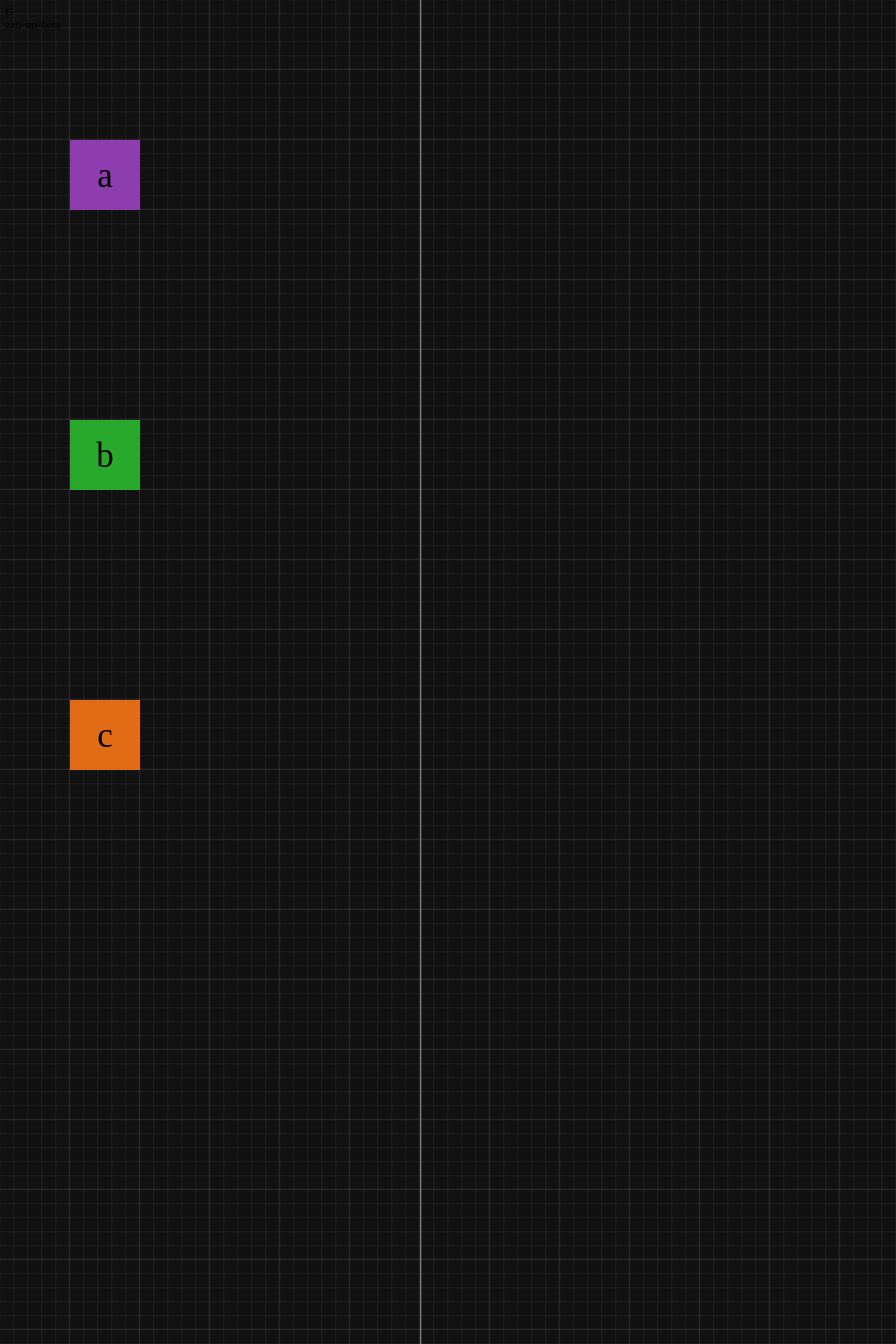
Repository: zzigo/internetmusic
Page: metaverses/tjs-scroll/scroll1.html
The author's editor kept a copy of each file at every save. The page is drawn from the files as they stood at one save, then again after a run of saves.
The browser window is 1280 px wide. The pictures show the part of the page from y = 0 to 1920 px (the page is 3000 px tall), at 70% of full size.
Some web libraries are served in a nearby version.

Above is the page before, as saved 2022-09-25 12:48:14.
Console error: ReferenceError: gsap is not defined

After the next 2 saves:
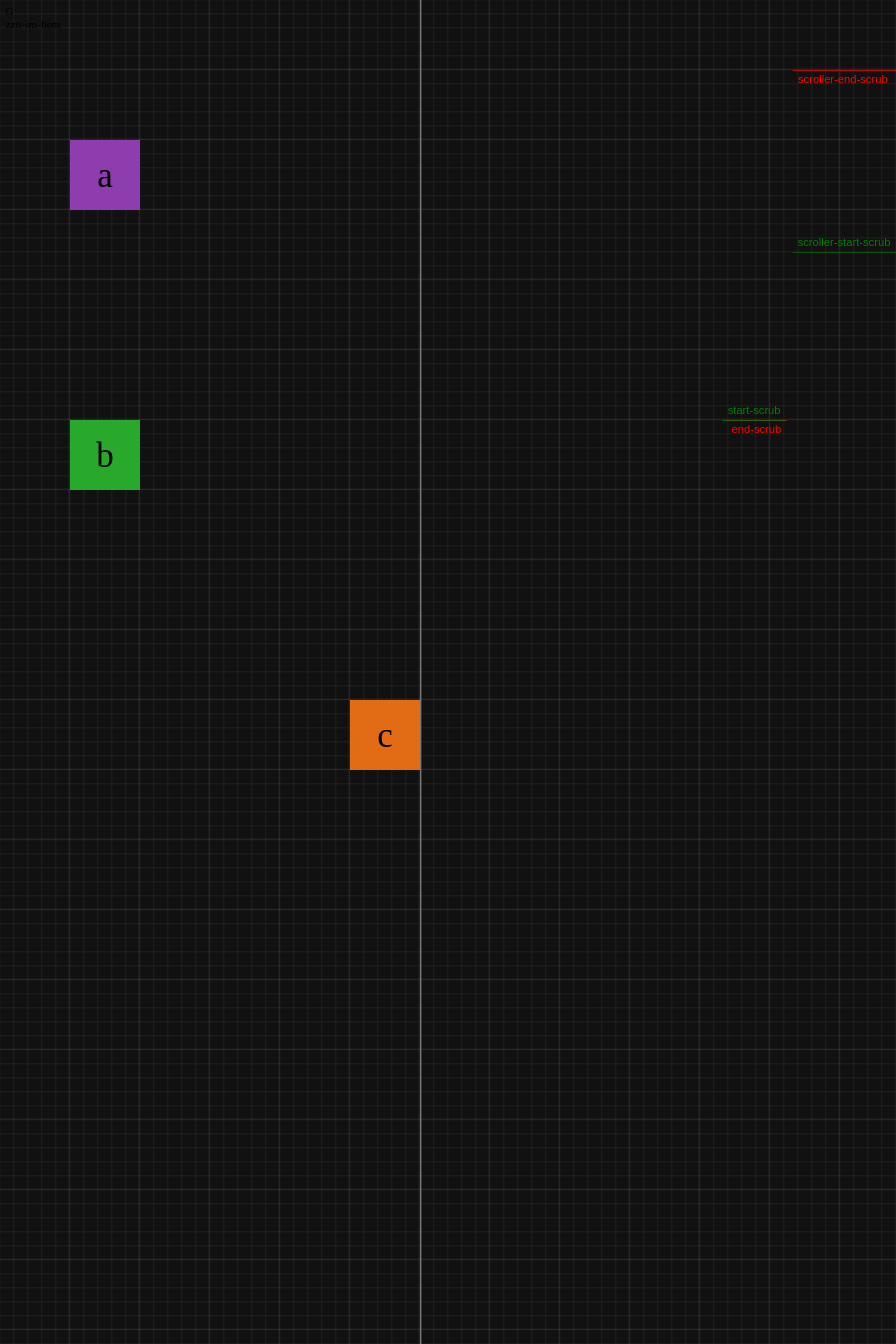
The error is gone.
The 2 saves are shown as one change because they came seconds apart.
The last was saved 112 s later.
--- a/metaverses/tjs-scroll/scroll1.html
+++ b/metaverses/tjs-scroll/scroll1.html
@@ -7,6 +7,7 @@
     <title>Document</title>
 
     <script src="https://unpkg.com/gsap@3/dist/ScrollTrigger.min.js"></script>
+    <script src="https://cdnjs.cloudflare.com/ajax/libs/gsap/3.4.0/gsap.min.js"></script>
 
     <style>
         .box.active {
